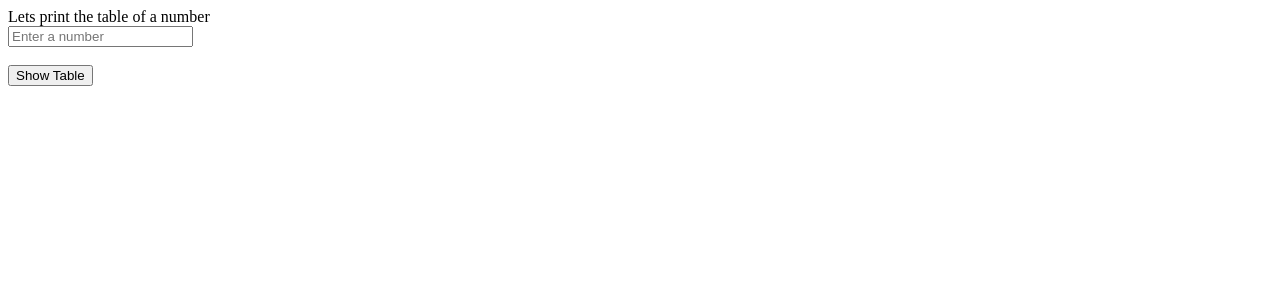
Repository: ramchander-mokilla/myprojects
Page: AjaxDemo/WebContent/searchstudent.html
These files come from the project's save history. The page is drawn as it stood at one moment and after the next save; the edit follows.
The browser window is 1280 px wide. The pictures show the whole page.

Above is the page before, as saved 2017-05-09 15:26:55.

### AjaxDemo/WebContent/searchstudent.html
<!DOCTYPE html>
<html>
<head>
<meta charset="ISO-8859-1">
<title>My Page</title>

<script type="text/javascript">

	var request;

	function sendRequest(){

		if(window.XMLHttpRequest)
		{
			request = new XMLHttpRequest(); //for IE7 and rest of the browsers
		}
		else
		{
			request = new ActiveXObject("Microsoft.XMLHTTP"); //for Windows IE5 or IE6 support
		}

		var number = document.tableForm.txtNum.value;
		var url = "ProcessRequest.jsp?number="+number;

		try{

			request.onreadystatechange = getResult();
			request.open("GET", url, true); //asynchronous request
			request.send();

		}catch(e){
			alert("Exception occured");
		}
	}

	function getResult(){

		if(request.readystate == 4){

			var res = request.responseText;
			document.getElementById("data").innerHTML = res;
		}
	}

</script>
</head>
<body>
Lets print the table of a number
<form action="tableForm">
	<input type="text" name="txtNum" placeholder="Enter a number">
	<br/><br/>
	<input type="button" value="Show Table" onclick="sendRequest()">
</form>

<span id="data">

</span>

</body>
</html>

After the next save:
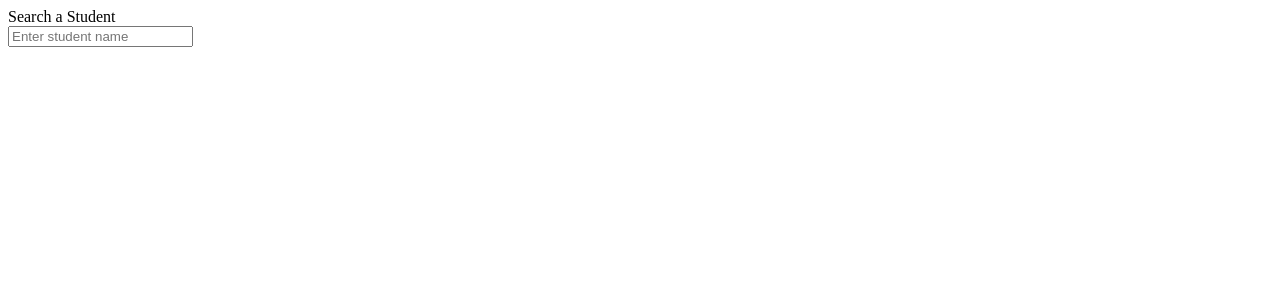
Saved 16 min 16 s later.
--- a/AjaxDemo/WebContent/searchstudent.html
+++ b/AjaxDemo/WebContent/searchstudent.html
@@ -1,8 +1,8 @@
 <!DOCTYPE html>
 <html>
 <head>
-<meta charset="ISO-8859-1">
-<title>My Page</title>
+<meta charset="UTF-8">
+<title>Student Search</title>
 
 <script type="text/javascript">
 
@@ -45,11 +45,9 @@
 </script>
 </head>
 <body>
-Lets print the table of a number
-<form action="tableForm">
-	<input type="text" name="txtNum" placeholder="Enter a number">
-	<br/><br/>
-	<input type="button" value="Show Table" onclick="sendRequest()">
+Search a Student
+<form action="searchForm">
+	<input type="text" name="txtName" placeholder="Enter student name" onkeyup="sendRequest()">
 </form>
 
 <span id="data">
